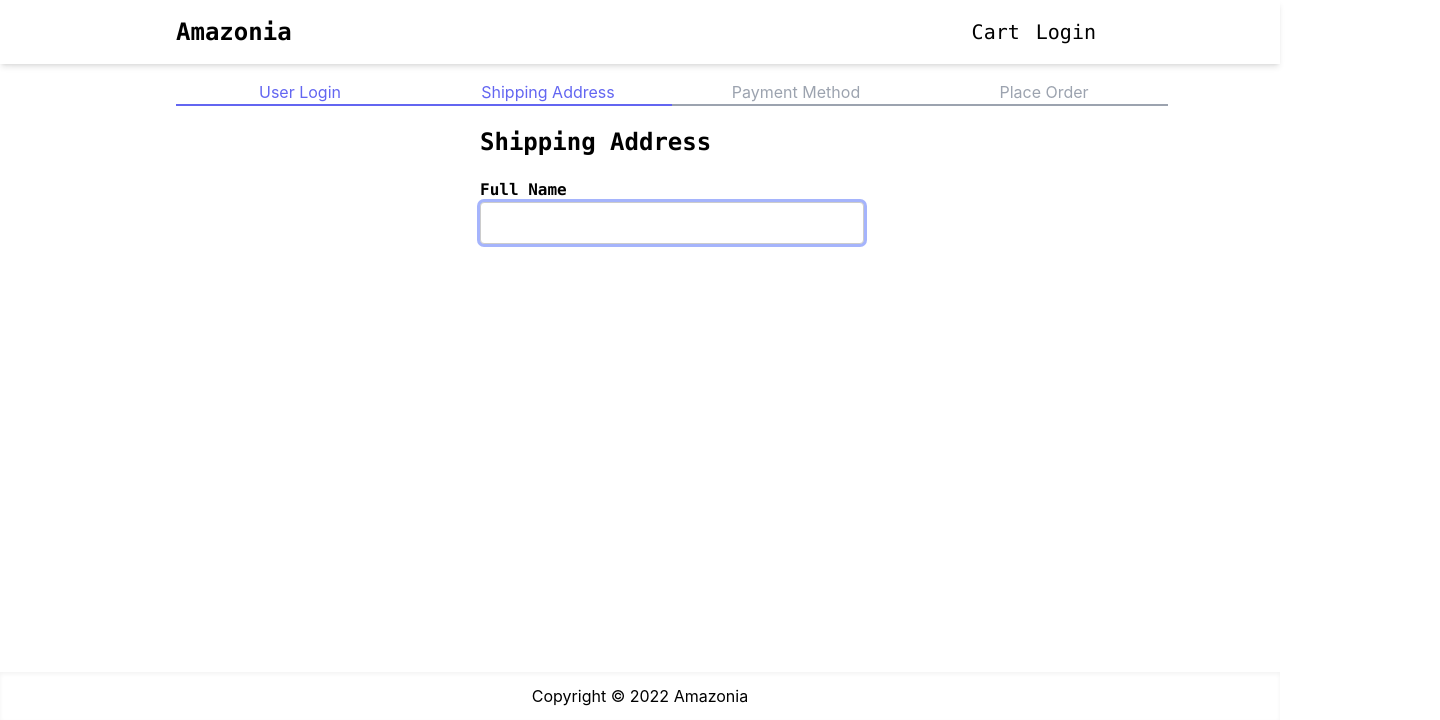
Repository: chidieb11/shop
Page: /shipping
The author's editor kept a copy of each file at every save. The page is drawn from the files as they stood at one save, then again after a run of saves.
The browser window is 1280 px wide. The page is 1440 px wide, so the pictures cover 1440 px, including what lies to the right of the window. The pictures show the whole page.
The page's requests for data from a server got no answer. The project was rebuilt for these pictures with package versions that can differ from the ones it lists, and the page was loaded fresh each time. The framework's server and built-in components were replaced by stand-ins that run in the browser. No one was signed in, and anything a server would have sent is missing. Also part of the build but not shown: next.config.js, components/DropdownLink.js.

Above is the page before, as saved 2022-06-28 22:13:28.

### pages/_app.js
import "../styles/globals.css";
import { StoreProvider } from "../utils/Store";
import { SessionProvider } from "next-auth/react";

function MyApp({ Component, pageProps:{session, ...pageProps }}) {
  return (
    <SessionProvider session={session}>
      <StoreProvider>
        <Component {...pageProps} />
      </StoreProvider>
    </SessionProvider>
  );
}

export default MyApp;

### pages/shipping.js
import React from "react";
import { useForm } from "react-hook-form";
import CheckoutWizard from "../components/CheckoutWizard";
import Layout from "../components/Layout";

const ShippingScreen = () => {
  const {
    handleSubmit,
    register,
    formState: { errors },
    setValue,
  } = useForm();

  return (
    <Layout title="Shipping Address">
      <CheckoutWizard activeStep={1} />

      <form className="mx-auto max-w-screen-sm">
        <h1 className="capitalize mb-5 text-2xl font-bold font-mono">
          shipping address
        </h1>
        <div className="mb-4 flex flex-col">
          <label htmlFor="fullName" className="font-bold font-mono">
            Full Name
          </label>
          <input
            className="w-96"
            id="fullName"
            autoFocus
            {...register("fullName", {
              required: "Please Enter Your Full Name",
            })}
            style={{ border: "1px solid #ccc", outline: "none" }}
          />
          {errors.fullName && (
            <div className="text-red-500">{errors.fullName.message}</div>
          )}
        </div>
      </form>
    </Layout>
  );
};

export default ShippingScreen;

### styles/globals.css
@tailwind base;
@tailwind components;
@tailwind utilities;

html,
body {
  padding: 0;
  margin: 0;
  font-family: -apple-system, BlinkMacSystemFont, Segoe UI, Roboto, Oxygen,
    Ubuntu, Cantarell, Fira Sans, Droid Sans, Helvetica Neue, sans-serif;
}

a {
  color: inherit;
  text-decoration: none;
}

* {
  box-sizing: border-box;
}

.card {
  @apply mb-5 block rounded-lg border border-gray-200 shadow-md;
}

.primary-button {
  @apply rounded bg-amber-200 py-2 px-4 shadow outline-none hover:bg-amber-400 active:bg-amber-500;
}

input,
select,
textarea {
  @apply rounded border-none p-2 outline-none ring-indigo-300 focus:ring;
}

.dropdown-link {
  @apply flex p-2 hover:bg-gray-200;
}

### utils/Store.js
import Cookies from "js-cookie";
import { createContext, useReducer } from "react";

export const Store = createContext();

const initialState = {
  cart: Cookies.get("cart")
    ? JSON.parse(Cookies.get("cart"))
    : { cartItems: [] },
};

function reducer(state, action) {
  switch (action.type) {
    case "CART_ADD_ITEM": {
      const newItem = action.payload;
      const existingItem = state.cart.cartItems.find(
        (item) => item.slug === newItem.slug
      );
      const cartItems = existingItem
        ? state.cart.cartItems.map((item) =>
            item.name === existingItem.name ? newItem : item
          )
        : [...state.cart.cartItems, newItem];
      Cookies.set("cart", JSON.stringify({ ...state.cart, cartItems }));
      return { ...state, cart: { ...state.cart, cartItems } };
    }
    case "CART_REMOVE_ITEM": {
      const cartItems = state.cart.cartItems.filter(
        (item) => item.slug !== action.payload.slug
      );
      Cookies.set("cart", JSON.stringify({ ...state.cart, cartItems }));
      return { ...state, cart: { ...state.cart, cartItems } };
    }
    case "CLEAR_RESET":
      return {
        ...state,
        cart: {
          cartItems: [],
          shippingAddress: { location: [] },
          paymentMethod: "",
        },
      };
    default:
      return state;
  }
}

export function StoreProvider({ children }) {
  const [state, dispatch] = useReducer(reducer, initialState);
  const value = { state, dispatch };
  return <Store.Provider value={value}>{children}</Store.Provider>;
}

### components/CheckoutWizard.js
import React from "react";

const CheckoutWizard = ({ activeStep = 0 }) => {
  return (
    <div className="mb-5 flex flex-wrap md:mr-64">
      {["User Login", "Shipping Address", "Payment Method", "Place Order"].map(
        (step, index) => (
          <div
            key={step}
            className={`flex-1 border-b-2 text-center ${
              index <= activeStep
                ? "border-indigo-500 text-indigo-500"
                : "border-gray-400 text-gray-400"
            }`}
          >
            {step}
          </div>
        )
      )}
    </div>
  );
};

export default CheckoutWizard;

### components/Layout.js
import Head from "next/head";
import Link from "next/link";
import React, { useContext, useEffect, useState } from "react";
import { Store } from "../utils/Store";
import { signOut, useSession } from "next-auth/react";
import { ToastContainer } from "react-toastify";
import "react-toastify/dist/ReactToastify.css";
import { Menu } from "@headlessui/react";
import DropdownLink from "./DropdownLink";
import Cookies from "js-cookie";

const Layout = ({ title, children }) => {
  const { state, dispatch } = useContext(Store);
  const { cart } = state;
  const [cartItemCount, setCartItemCount] = useState(0);
  const { status, data: session } = useSession();

  useEffect(() => {
    setCartItemCount(
      cart.cartItems.reduce(
        (accumulator, currentQuantity) =>
          accumulator + currentQuantity.quantity,
        0
      )
    );
  }, [cart.cartItems]);

  const logoutClickHandler = () => {
    Cookies.remove("cart");
    dispatch({ type: "CLEAR_RESET" });
    signOut({ callbackUrl: "/login" });
  };

  return (
    <>
      <Head>
        <title>{title ? title + "-Amazonia" : "Amazonia"}</title>
        <meta name="description" content="Ecommerce Website" />
        <link rel="icon" href="/favicon.ico" />
      </Head>

      <ToastContainer position="bottom-center" limit={1} />

      <div className="flex min-h-screen flex-col justify-between">
        {/* Navbar */}
        <header className="top-0 sticky shadow-md">
          <nav className="flex justify-between items-center px-4 md:mx-40 h-16">
            <Link href="/">
              <a className="text-2xl font-bold font-mono capitalize">
                amazonia
              </a>
            </Link>
            <div>
              <Link href="cart">
                <a className="p-2 capitalize text-xl font-mono">
                  cart
                  {cartItemCount > 0 && (
                    <span className="ml-1 rounded-full bg-red-600 text-white px-2 pt-1 text-center font-bold text-xs">
                      {cartItemCount}
                    </span>
                  )}
                </a>
              </Link>

              {status === "loading" ? (
                "loading"
              ) : session?.user ? (
                <Menu as="div" className="relative inline-block">
                  <Menu.Button>{session.user.name}</Menu.Button>
                  <Menu.Items className="absolute right-0 w-56 origin-top-right bg-white shadow-lg rounded-md">
                    <Menu.Item>
                      <DropdownLink className="dropdown-link" href="/profile">
                        Profile
                      </DropdownLink>
                    </Menu.Item>
                    <Menu.Item>
                      <DropdownLink
                        className="dropdown-link"
                        href="/order-history"
                      >
                        Order History
                      </DropdownLink>
                    </Menu.Item>
                    <Menu.Item>
                      <a
                        className="dropdown-link"
                        href="#"
                        onClick={logoutClickHandler}
                      >
                        Logout
                      </a>
                    </Menu.Item>
                  </Menu.Items>
                </Menu>
              ) : (
                <Link href="/login">
                  <a className="text-xl font-mono p-2">Login</a>
                </Link>
              )}
            </div>
          </nav>
        </header>

        {/* Main */}
        <main className="container m-auto mx-40 mt-4 px-4">{children}</main>

        {/* Footer */}
        <footer className="flex justify-center items-center shadow-inner h-12">
          <p>Copyright &copy; 2022 Amazonia</p>
        </footer>
      </div>
    </>
  );
};

export default Layout;

Loaded but not shown: tailwind.config.js (common file)

After the next 2 saves:
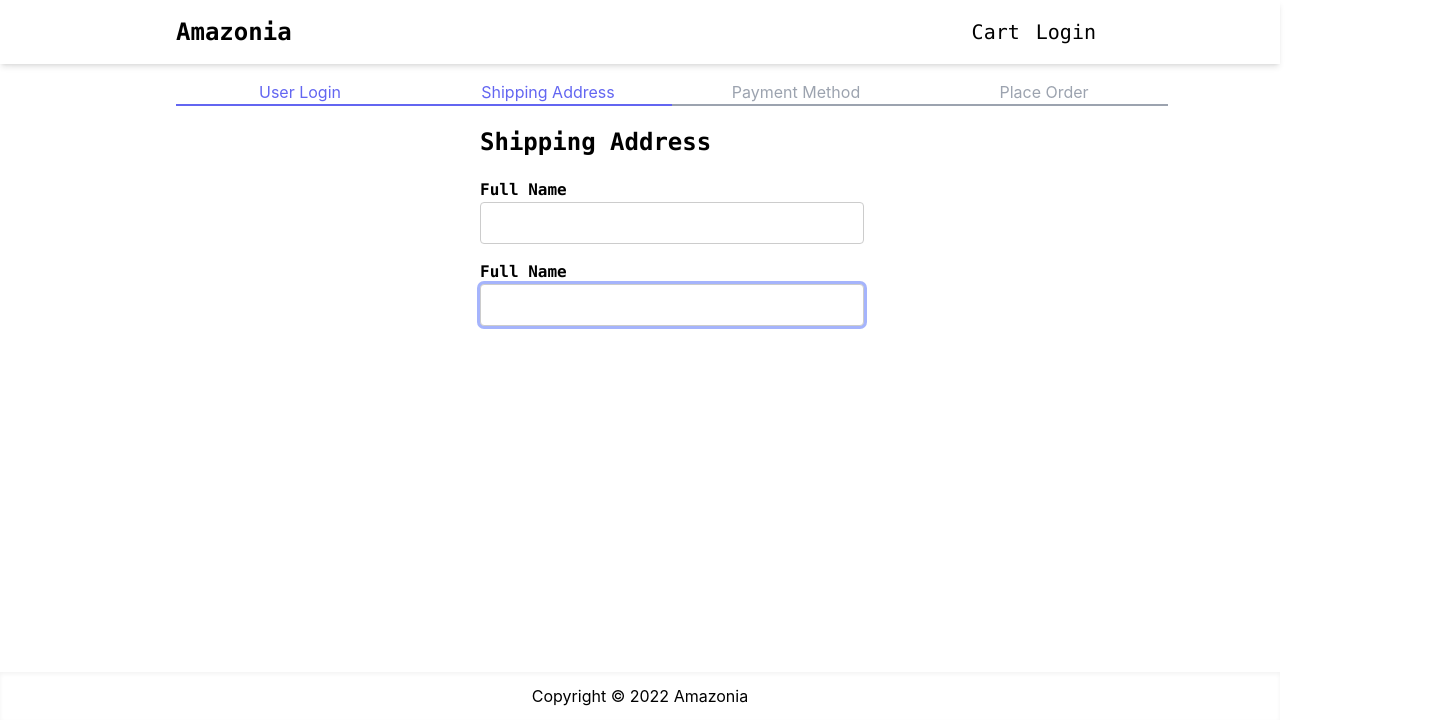
The 2 saves are shown as one change because they came seconds apart.
The last was saved 39 s later.
--- a/pages/shipping.js
+++ b/pages/shipping.js
@@ -36,6 +36,23 @@ const ShippingScreen = () => {
             <div className="text-red-500">{errors.fullName.message}</div>
           )}
         </div>
+        <div className="mb-4 flex flex-col">
+          <label htmlFor="fullName" className="font-bold font-mono">
+            Full Name
+          </label>
+          <input
+            className="w-96"
+            id="fullName"
+            autoFocus
+            {...register("fullName", {
+              required: "Please Enter Your Full Name",
+            })}
+            style={{ border: "1px solid #ccc", outline: "none" }}
+          />
+          {errors.fullName && (
+            <div className="text-red-500">{errors.fullName.message}</div>
+          )}
+        </div>
       </form>
     </Layout>
   );
